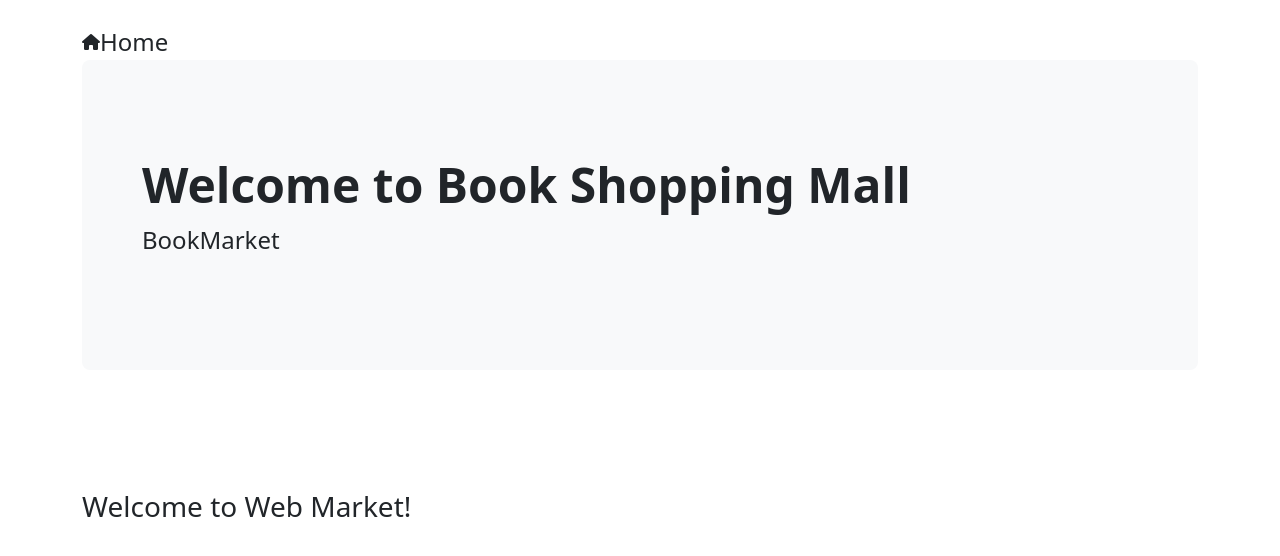
Repository: byeolchorong/ITedunet
Page: http://localhost/BookMarket/welcome.jsp
The author's editor kept a copy of each file at every save. The page is drawn from the files as they stood at one save, then again after the next save.
The browser window is 1280 px wide. The pictures show the whole page.
Some web libraries are served in a nearby version. The page is served by Tomcat 10. Nobody is signed in. The application's start-up code is not run. Other server files are loaded and not shown.

Above is the page before, as saved 2025-05-21 05:32:24.

### JSP/BookMarket/src/main/webapp/welcome.jsp
<%@ page language="java" contentType="text/html; charset=UTF-8"
    pageEncoding="UTF-8"%>
<!DOCTYPE html>
<html>
<head>
 <link href="https://cdn.jsdelivr.net/npm/bootstrap@5.3.6/dist/css/bootstrap.min.css" rel="stylesheet">
<script src="https://kit.fontawesome.com/705381df09.js" crossorigin="anonymous"></script>
<meta charset="UTF-8">
<title>Insert title here</title>
</head>
<body>
	<div class="container py-4">
	<header>
		<a href="./welcome.jsp" class="d-flex align-items-center text-dark text-decoration-none">
		<i class="fa-solid fa-house"></i>
		<span class="fs-4">Home</span>
		</a>
	</header>
	<%! String greeting = "Welcome to Book Shopping Mall";
	String tagline = "Welcome to Web Market!";%>

	<div class="p-5 mb-4 bg-body-tertiary rounded-3">
		<div class="container-fluid py-5">
			<h1 class="display-5 fw-bold"><%= greeting %></h1>
			<p class="col-md-8 fs-4">BookMarket</p>
		</div>
	</div>

	<div class="row align-items-md-stretch text-center">
		<div class="col-md-12">
			<div class="h-100 p-5"></div>
		</div>
	</div>
			<h3><%= tagline %></h3>
</div>
</body>
</html>

After the next save:
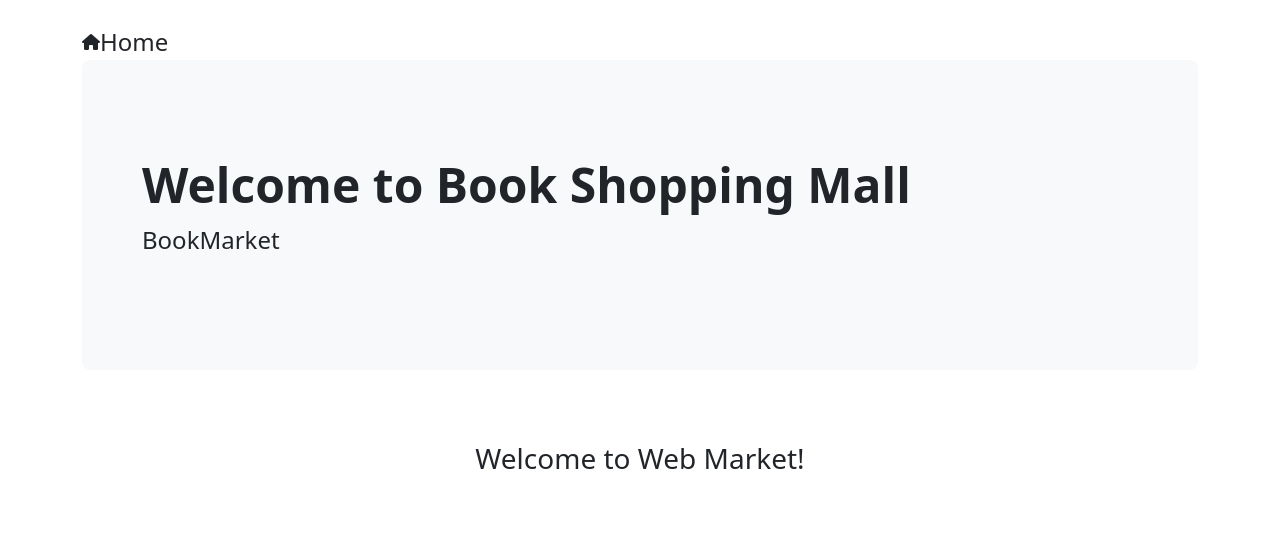
Saved 12 s later.
--- a/JSP/BookMarket/src/main/webapp/welcome.jsp
+++ b/JSP/BookMarket/src/main/webapp/welcome.jsp
@@ -28,10 +28,11 @@
 
 	<div class="row align-items-md-stretch text-center">
 		<div class="col-md-12">
-			<div class="h-100 p-5"></div>
+			<div class="h-100 p-5">
+			<h3><%= tagline %></h3>
+			</div>
 		</div>
 	</div>
-			<h3><%= tagline %></h3>
 </div>
 </body>
 </html>
